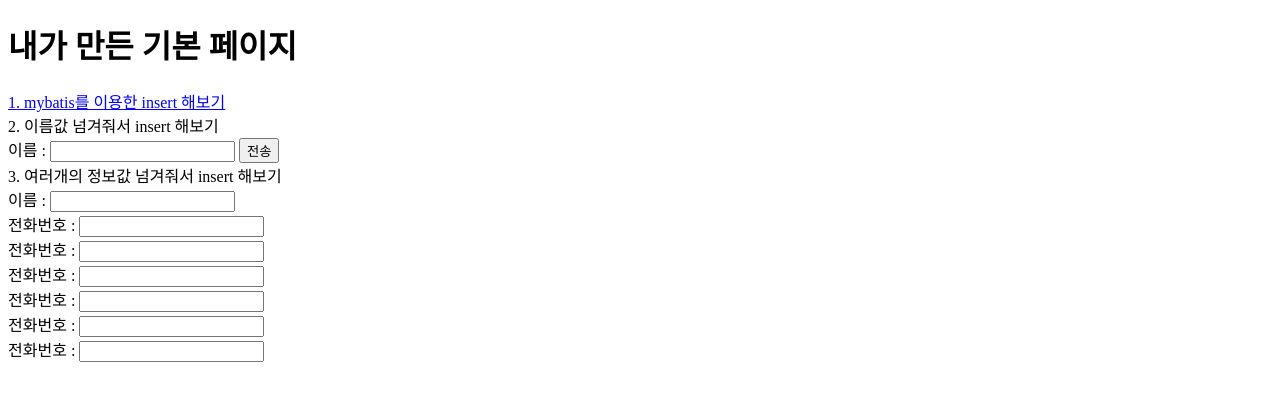
Repository: coconut510/mybatis
Page: mybatis_01/WebContent/index.html
The author's editor kept a copy of each file at every save. The page is drawn from the files as they stood at one save, then again after a run of saves.
The browser window is 1280 px wide. The pictures show the whole page.

Above is the page before, as saved 2018-06-26 08:12:54.

### mybatis_01/WebContent/index.html
<!DOCTYPE html>
<html>
<head>
<meta charset="UTF-8">
<title>Insert title here</title>
</head>
<body>
	<h1>내가 만든 기본 페이지</h1>
	<a href="/mybatisTest1">1. mybatis를 이용한 insert 해보기</a><br>
	2. 이름값 넘겨줘서 insert 해보기
	<form action="/mybatisTest2" method="post">
		이름 : <input type="text" name="studentName"/>
		<input type="submit" value="전송"/><br>
	</form>
	3. 여러개의 정보값 넘겨줘서 insert 해보기
	<form action="mybatisTest3" method="post">
		이름 : <input type="text" name="studentName"/><br>
		전화번호 : <input type="text" name="studentTel"/><br>
		전화번호 : <input type="text" name="studentTel"/><br>
		전화번호 : <input type="text" name="studentTel"/><br>
		전화번호 : <input type="text" name="studentTel"/><br>
		전화번호 : <input type="text" name="studentTel"/><br>
		전화번호 : <input type="text" name="studentTel"/><br>
	</form>
</body>
</html>

After the next 2 saves:
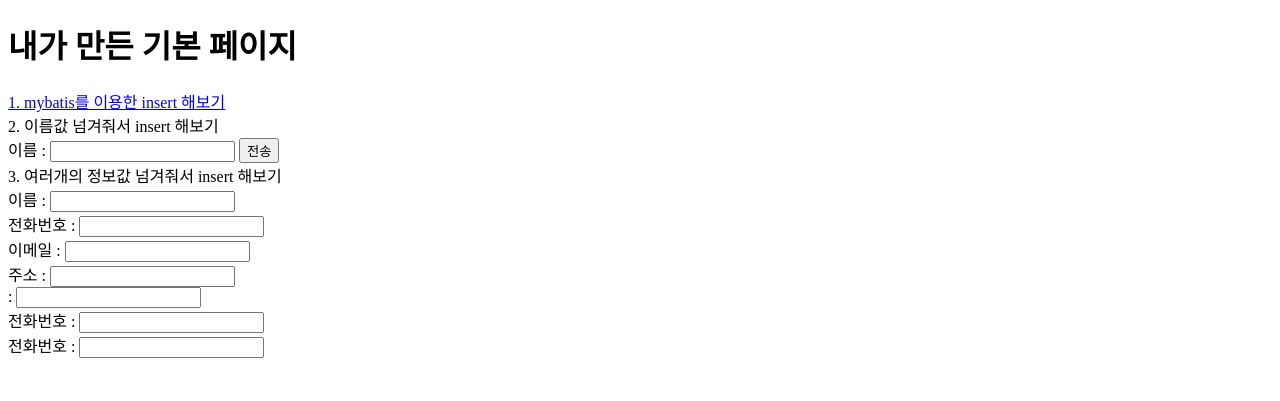
The 2 saves are shown as one change because they came seconds apart.
The last was saved 23 s later.
--- a/mybatis_01/WebContent/index.html
+++ b/mybatis_01/WebContent/index.html
@@ -16,9 +16,9 @@
 	<form action="mybatisTest3" method="post">
 		이름 : <input type="text" name="studentName"/><br>
 		전화번호 : <input type="text" name="studentTel"/><br>
-		전화번호 : <input type="text" name="studentTel"/><br>
-		전화번호 : <input type="text" name="studentTel"/><br>
-		전화번호 : <input type="text" name="studentTel"/><br>
+		이메일 : <input type="text" name="studentEmail"/><br>
+		주소 : <input type="text" name="studentAddr"/><br>
+		 : <input type="text" name="studentTel"/><br>
 		전화번호 : <input type="text" name="studentTel"/><br>
 		전화번호 : <input type="text" name="studentTel"/><br>
 	</form>
